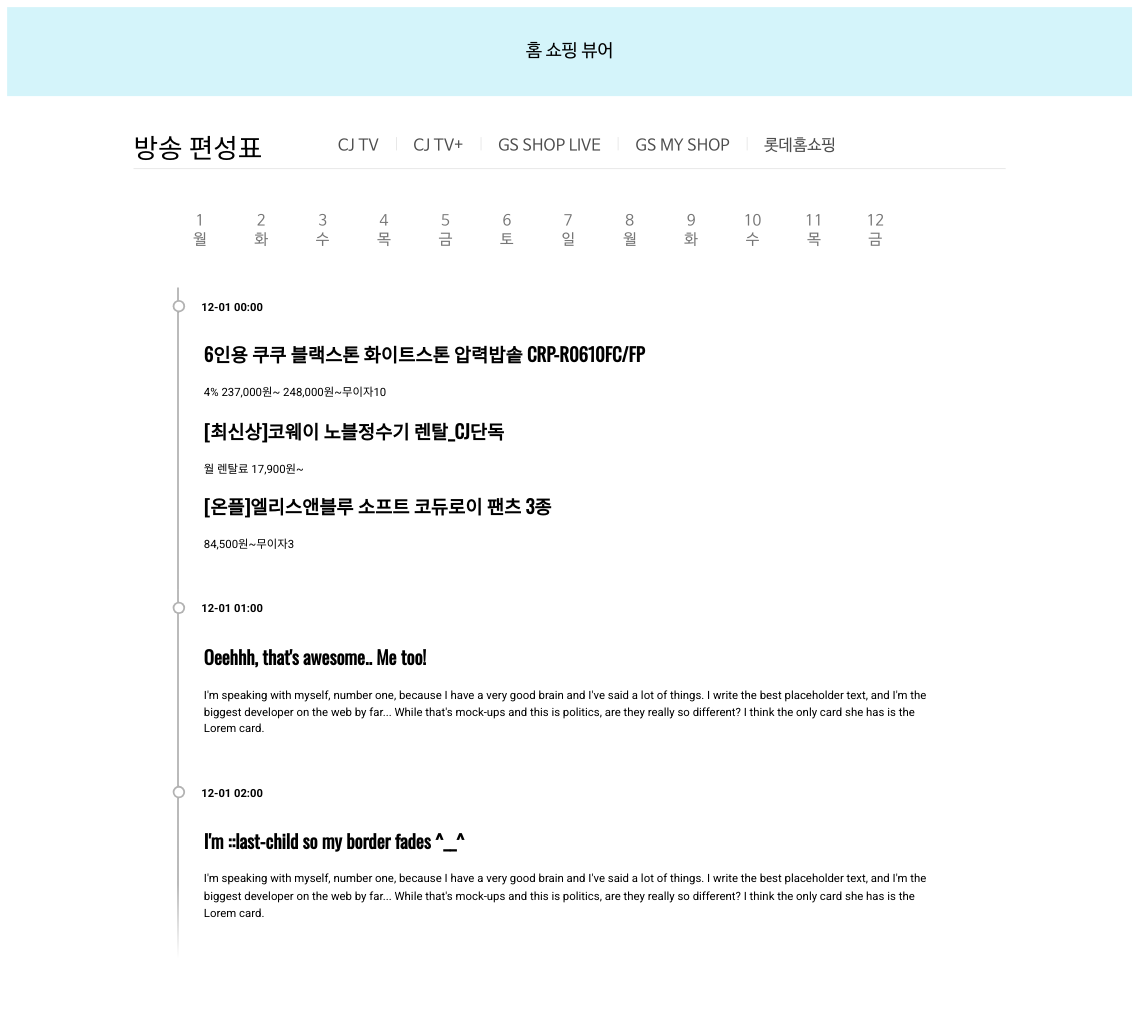
Repository: Kds010/HomeShopping
Page: http://localhost/index
The author's editor kept a copy of each file at every save. The page is drawn from the files as they stood at one save, then again after the next save.
The browser window is 1280 px wide. The pictures show the whole page, at 89% of full size.
The page is this project's Thymeleaf template; nobody is signed in. The template is opened directly, without the code that normally fills it, so the values that code supplies are empty.

Above is the page before, as saved 2021-12-18 10:17:04.

### homeshopping/src/main/resources/templates/index.html
<!DOCTYPE html>
<html xmlns:th="http://www.thymeleaf.org">
<head>
<meta charset="UTF-8">
<title>SC쇼핑바라기</title>
</head>
<body>
<div id="wrap">
	<th:block th:replace="header.html"></th:block>
	<div id="container">
		<div class="content">
			<div class="fiexd_wrap">
				<div class="fixed_wrap_div">
					<h2 class="fiexd_wrap_tit">방송 편성표</h2>
					<ul class="ch_list_tab" id="ch_list_tab">
						<li class="">CJ TV</li>
						<li class="">CJ TV+</li>
						<li class="">GS SHOP LIVE</li>
						<li class="">GS MY SHOP</li>
						<li class="">롯데홈쇼핑</li>
					</ul>
				</div>
				<ul class="list_date" id="scheduleDate">
					<li data-dt="20211201">
						<a href="javascript:;" class="date_cont">
							<span class="num_date">1</span>
							<span class="txt_date">월</span></a></li>
					<li data-dt="20211202">
						<a href="javascript:;" class="date_cont">
							<span class="num_date">2</span>
							<span class="txt_date">화</span></a></li>
					<li data-dt="20211203">
						<a href="javascript:;" class="date_cont">
							<span class="num_date">3</span>
							<span class="txt_date">수</span></a></li>
					<li data-dt="20211204">
						<a href="javascript:;" class="date_cont">
							<span class="num_date">4</span>
							<span class="txt_date">목</span></a></li>
					<li data-dt="20211205">
						<a href="javascript:;" class="date_cont">
							<span class="num_date">5</span>
							<span class="txt_date">금</span></a></li>
					<li data-dt="20211206">
						<a href="javascript:;" class="date_cont">
							<span class="num_date">6</span>
							<span class="txt_date">토</span></a></li>
					<li data-dt="20211207">
						<a href="javascript:;" class="date_cont">
							<span class="num_date">7</span>
							<span class="txt_date">일</span></a></li>
					<li data-dt="20211208">
						<a href="javascript:;" class="date_cont">
							<span class="num_date">8</span>
							<span class="txt_date">월</span></a></li>
					<li data-dt="20211209">
						<a href="javascript:;" class="date_cont">
							<span class="num_date">9</span>
							<span class="txt_date">화</span></a></li>
					<li data-dt="20211210">
						<a href="javascript:;" class="date_cont">
							<span class="num_date">10</span>
							<span class="txt_date">수</span></a></li>
					<li data-dt="20211211">
						<a href="javascript:;" class="date_cont">
							<span class="num_date">11</span>
							<span class="txt_date">목</span></a></li>
					<li data-dt="20211212">
						<a href="javascript:;" class="date_cont">
							<span class="num_date">12</span>
							<span class="txt_date">금</span></a></li>
				</ul>
			</div>

		<div class="container2">

			<div class="timeline-item" date-is='12-01 00:00'>
				<h2>6인용 쿠쿠 블랙스톤 화이트스톤 압력밥솥 CRP-R0610FC/FP</h2>
				<p>
					4% 237,000원~ 248,000원~무이자10
				</p>
				<h2>[최신상]코웨이 노블정수기 렌탈_CJ단독</h2>
				<p>
					월 렌탈료 17,900원~
				</p>
				<h2>[온플]엘리스앤블루 소프트 코듀로이 팬츠 3종</h2>
				<p>
					84,500원~무이자3
				</p>
			</div>

			<div class="timeline-item" date-is='12-01 01:00'>
				<h2>Oeehhh, that's awesome.. Me too!</h2>
				<p>
					I'm speaking with myself, number one, because I have a very good brain and I've said a lot of things. I write the best placeholder text, and I'm the biggest developer on the web by far... While that's mock-ups and this is politics, are they really so different? I think the only card she has is the Lorem card.
				</p>
			</div>

			<div class="timeline-item" date-is='12-01 02:00'>
				<h2>I'm ::last-child so my border fades ^__^</h2>
				<p>
					I'm speaking with myself, number one, because I have a very good brain and I've said a lot of things. I write the best placeholder text, and I'm the biggest developer on the web by far... While that's mock-ups and this is politics, are they really so different? I think the only card she has is the Lorem card.
				</p>
			</div>

		</div>

		</div>
	</div>
</div>
</body>
</html>

### homeshopping/src/main/resources/templates/header.html
<!DOCTYPE html>
<html>
<head>
<meta charset="UTF-8">
<link rel="stylesheet" type="text/css" href="/css/main.css">
<link rel="stylesheet" type="text/css" href="/css/font.css">
<script src="/js/jquery-3.6.0.js" defer></script>
<script src="/js/index.js" defer></script>
</head>
<body>
<div class="header">
	<div class="header-content">
		홈 쇼핑 뷰어
	</div>
</div>
</body>
</html>

### homeshopping/src/main/resources/static/css/main.css
@charset "UTF-8";

/* // ----------------  THE BASICS */

@import url('https://fonts.googleapis.com/css?family=Oswald|Roboto:400,700');

/* // ----------------  THE FONTS */

h1, h2, h3, h4, h5, h6 {
	font-family: 'Oswald', sans-serif;
}

h1 {
	font-size: 2rem;
	margin-bottom: .5em;
}

p {
	font-family: 'Roboto', sans-serif;
	font-size: .8rem;
}


body{
	font-family: 'NanumBarunGothic', sans-serif;
    /* font-size: 12px; */
    font-size: 14px;
    line-height: 1.5;
}


div{
	display:block;
}

li, ol, ul{
	list-style: none;
}

li{
	display: list-item;
    text-align: -webkit-match-parent;
}

ul{
	list-style-type: disc;
}

a{
	color: inherit;
    text-decoration: none;
}

/* h1, h2, h3, h4, h5, h6{
	display: block;
    font-size: 1.5em;
    margin-block-start: 0.83em;
    margin-block-end: 0.83em;
    margin-inline-start: 0px;
    margin-inline-end: 0px;
    font-weight: bold;
} */

#wrap{
	min-width: 1240px;
}

.header {
	display: flex;
	background: #D4F4FA;
	width: 100%;
	height: 100px;
	font-size:20px;
	text-align: center;
}

.header-content{
    width: 1180px;
    margin: auto;
}

#container{
	position: relative;
    width: 1180px;
    min-height: 802px;
    margin: 0 auto;
    padding-bottom: 80px;
    zoom: 1;
}

.content{
	width:980px;
	margin:0 auto;
}

.fiexd_wrap{
	width:980px;
	margin-top: 30px;
}

.fixed_wrap_div{
	overflow: hidden;
	margin-bottom: 10px;
	border-bottom: 1px solid #e5e5e5;
}


.fiexd_wrap_tit{
	float: left;
    margin-top: 3px;
    margin-bottom: 3px;
    font-weight: 400;
    font-size: 30px;
    line-height: 1.5;
}

.ch_list_tab{
	overflow: hidden;
    float: left;
    margin: 12px 0 0 6px;
}

.ch_list_tab li{
	position: relative;
    float: left;
    margin-left: 39px;
    font-size: 18px;
    color: #4d4d4d;
    text-decoration: none;
}

.ch_list_tab li:nth-child(1):after {
    content: normal;
}

.ch_list_tab li:after {
	position: absolute;
    top: 4px;
    left: -20px;
    width: 1px;
    height: 15px;
    background-color: #e6e6e6;
    content: '';
}

.list_date {
	display: inline-block;
}

.list_date li{
	vertical-align: top;
	float: left;
    padding: 10px 3px;
    color: #767676;
    text-align: center;
    margin:0;
}

.list_date .date_cont{
	display: block;
    width: 31px;
    padding: 14px 16px 10px;
    font-size: 17px;
    line-height: 21px;
    text-decoration: none;
}

.list_date .num_date{
	display: block;
    height: 20px;
}

.list_date .txt_date{
	display: block;
    line-height: 24px;
}



/* // ----------------  LAYOUT */

.container2 {
	max-width: 1024px;
	width: 90%;
	margin: 0 auto;
}

/* // ----------------  THE FONTS */

/* $border-color: rgba(black, .3); */

.timeline-item {
	padding: 3em 2em 2em;
	position: relative;
	color: rgba(black, .7);
	/* border-left: 2px solid $border-color; */
	border-left: 2px solid rgba(0, 0, 0, 0.3);
}
.timeline-item::before {
		content: attr(date-is);
		position: absolute;
		left: 2em;
		font-weight: bold;
		top: 1em;
		display: block;
		font-family: 'Roboto', sans-serif;
		font-weight: 700;
		font-size: .785rem;
	}

.timeline-item::after {
		width: 10px;
		height: 10px;
		display: block;
		top: 1em;
		position: absolute;
		left: -7px;
		border-radius: 10px;
		content: "";
		/* border: 2px solid $border-color; */
		border: 2px solid rgba(0, 0, 0, 0.3);
		background: white;
	}

.timeline-item:last-child {
			border-image: linear-gradient(to bottom, rgba(0, 0, 0, 0.3) 60%, rgba(0, 0, 0, 0)) 1 100%;
		;
	}
}

.timeline-item	p {
		font-size: 1rem;
}

### homeshopping/src/main/resources/static/css/font.css
@charset "UTF-8";
@font-face {
    font-family: 'NanumBarunGothic';
    src:url('/fonts/NanumBarunGothic.ttf') format('woff'),
        url('/fonts/NanumBarunGothic.ttf') format('woff2');
    font-weight: 400;
}

Loaded but not shown: homeshopping/src/main/resources/static/js/jquery-3.6.0.js (library); homeshopping/src/main/resources/static/js/index.js (no copy from this time; the picture is the same without it)

After the next save:
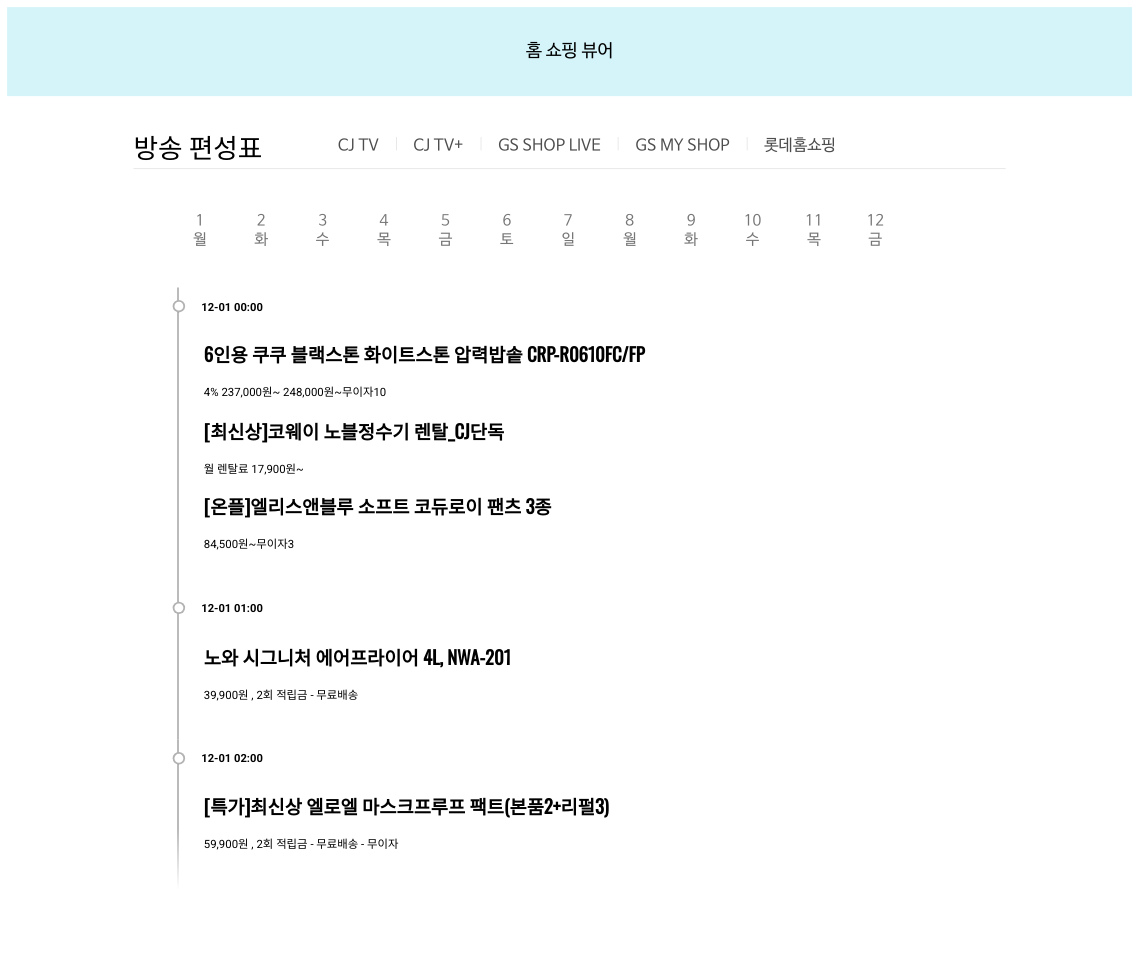
Saved 107 s later.
--- a/homeshopping/src/main/resources/templates/index.html
+++ b/homeshopping/src/main/resources/templates/index.html
@@ -90,16 +90,16 @@
 			</div>
 
 			<div class="timeline-item" date-is='12-01 01:00'>
-				<h2>Oeehhh, that's awesome.. Me too!</h2>
+				<h2>노와 시그니처 에어프라이어 4L, NWA-201</h2>
 				<p>
-					I'm speaking with myself, number one, because I have a very good brain and I've said a lot of things. I write the best placeholder text, and I'm the biggest developer on the web by far... While that's mock-ups and this is politics, are they really so different? I think the only card she has is the Lorem card.
+					39,900원 , 2회 적립금 - 무료배송
 				</p>
 			</div>
 
 			<div class="timeline-item" date-is='12-01 02:00'>
-				<h2>I'm ::last-child so my border fades ^__^</h2>
+				<h2>[특가]최신상 엘로엘 마스크프루프 팩트(본품2+리펄3)</h2>
 				<p>
-					I'm speaking with myself, number one, because I have a very good brain and I've said a lot of things. I write the best placeholder text, and I'm the biggest developer on the web by far... While that's mock-ups and this is politics, are they really so different? I think the only card she has is the Lorem card.
+					59,900원 , 2회 적립금 - 무료배송 - 무이자
 				</p>
 			</div>
 
